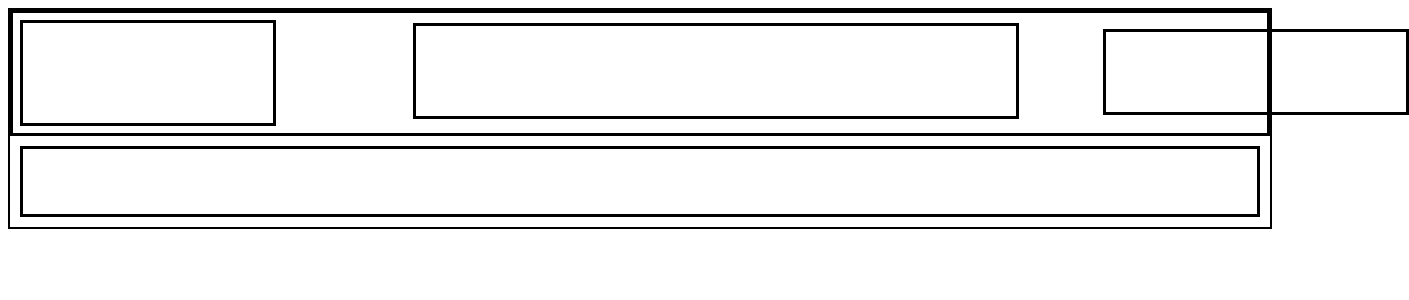
Repository: cartervandekamp/htmlstructure.mdia2003
Page: htmlstructure-psd/index.html
These files come from the project's save history. The page is drawn as it stood at one moment and after the next save; the edit follows.
The browser window is 1280 px wide. The page is 1409 px wide, so the pictures cover 1409 px, including what lies to the right of the window. The pictures show the whole page.

Above is the page before, as saved 2023-01-16 18:11:42.

After the next save:
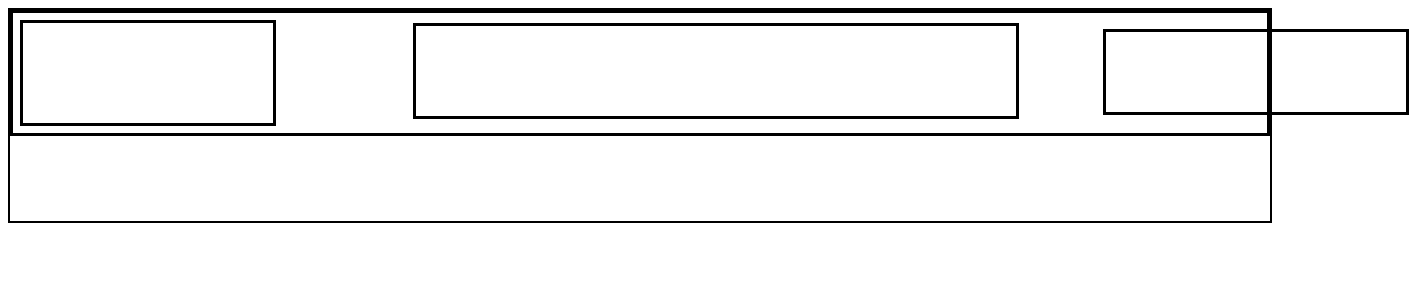
Saved 9 s later.
--- a/htmlstructure-psd/style.css
+++ b/htmlstructure-psd/style.css
@@ -40,7 +40,7 @@ body {
 
 .thinbar {
     height: 65px;
-    border-style: solid;
+
     border-color: black;
     margin: 10px;
 }
